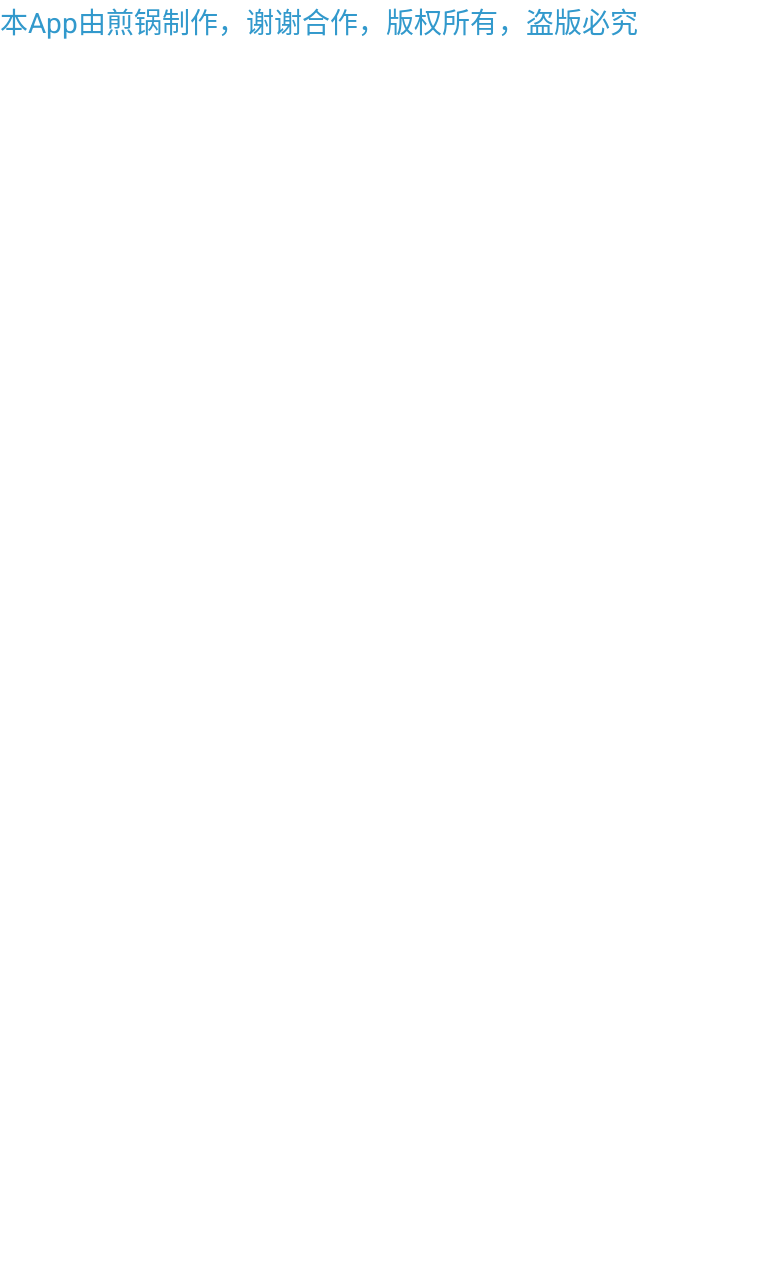
Repository: liujianpc/AndroidStudy
Layout: ListViewTest/res/layout/about_content_layout.xml
The author's editor kept a copy of each file at every save. The layout is drawn from the files as they stood at one save, then again after the next save.
It is drawn on a 768 x 1280 px phone screen (xhdpi) without system bars, with theme AppTheme; the app's code is not run.

Above is the layout before, as saved 2016-07-24 14:45:28.

### ListViewTest/res/layout/about_content_layout.xml
<?xml version="1.0" encoding="utf-8"?>
<RelativeLayout xmlns:android="http://schemas.android.com/apk/res/android"
    android:layout_width="match_parent"
    android:layout_height="match_parent" >

    <TextView
        android:layout_width="match_parent"
        android:layout_height="wrap_content"
        android:id="@+id/about"
        android:text="@string/about_content"
        android:textColor="#3299CC"
        />


</RelativeLayout>

### ListViewTest/res/values/strings.xml
<?xml version="1.0" encoding="utf-8"?>
<resources>

    <string name="app_name">ListViewTest</string>
    <string name="hello_world">Hello world!</string>
    <string name="action_settings">Settings</string>
    <string name="title_activity_wolf">WolfActivity</string>
    <string name="action_exit">退出</string>
    <string name="action_about">关于</string>
    <string name="about_content">本App由煎锅制作，谢谢合作，版权所有，盗版必究</string>

</resources>

Loaded but not shown: ListViewTest/res/values/styles.xml (common file); ListViewTest/res/values-v11/styles.xml (common file); ListViewTest/res/values-v14/styles.xml (common file)

After the next save:
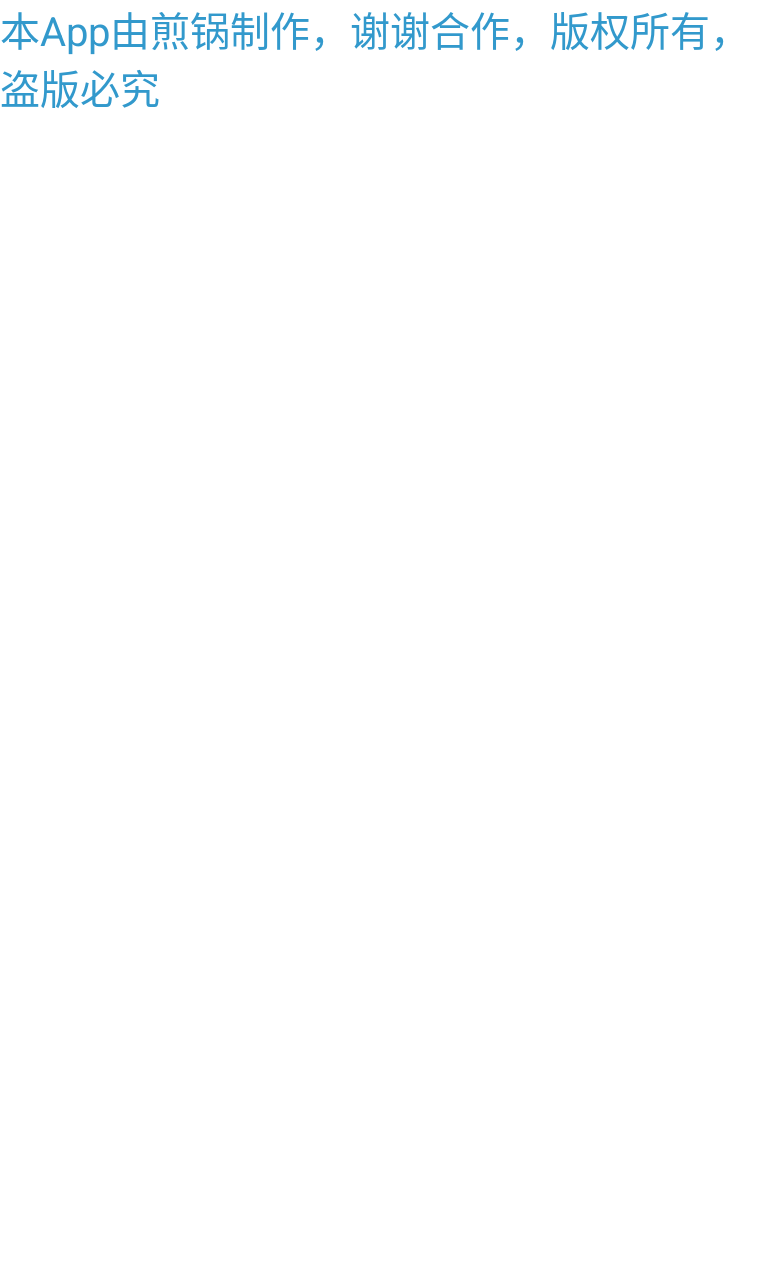
Saved 81 s later.
--- a/ListViewTest/res/layout/about_content_layout.xml
+++ b/ListViewTest/res/layout/about_content_layout.xml
@@ -9,6 +9,7 @@
         android:id="@+id/about"
         android:text="@string/about_content"
         android:textColor="#3299CC"
+        android:textSize="20sp"
         />
 
 
